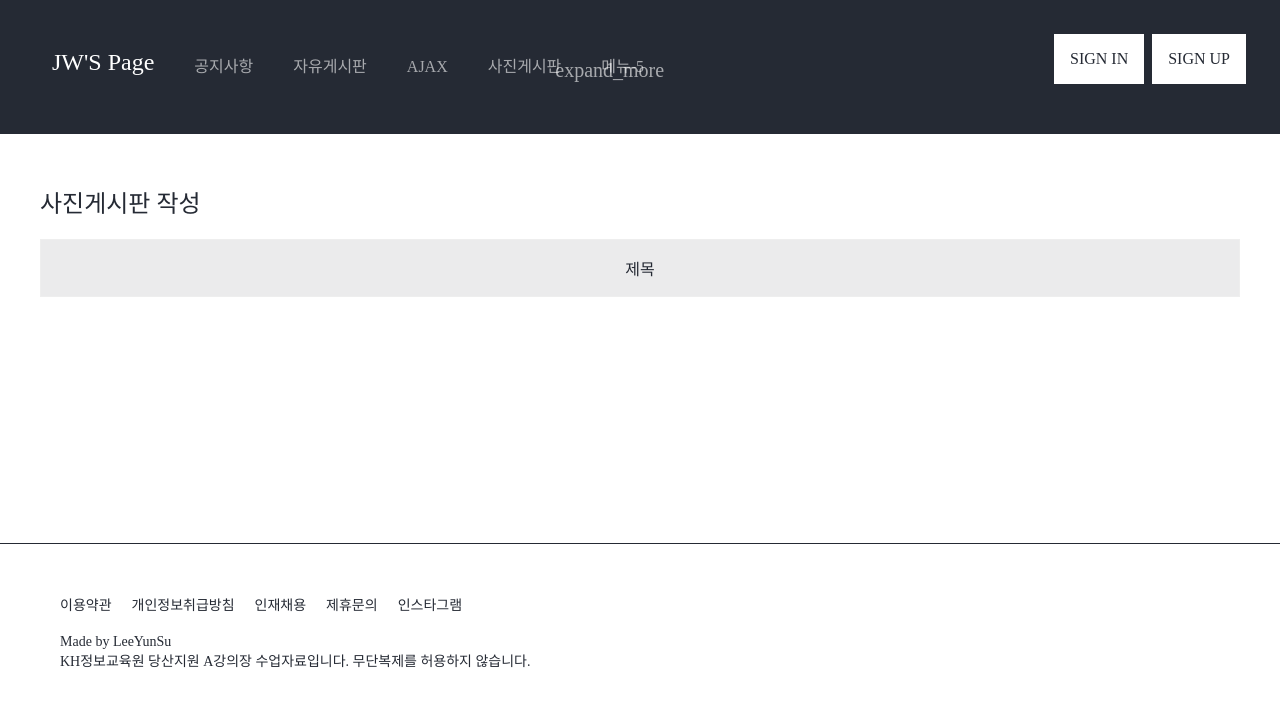
Repository: JWbase/Web_JAVA
Page: http://localhost/07_mvc2WebProject/WEB-INF/views/photo/photoWriteFrm.jsp
These files come from the project's save history. The page is drawn as it stood at one moment and after the next save; the edit follows.
The browser window is 1280 px wide. The pictures show the whole page.
Some web fonts or font styles are not loaded; a fallback is used. The page is served by Tomcat 9. Nobody is signed in. The template is opened directly, without the code that normally fills it, so the values that code supplies are empty.

Above is the page before, as saved 2022-09-06 09:14:50.

After the next save:
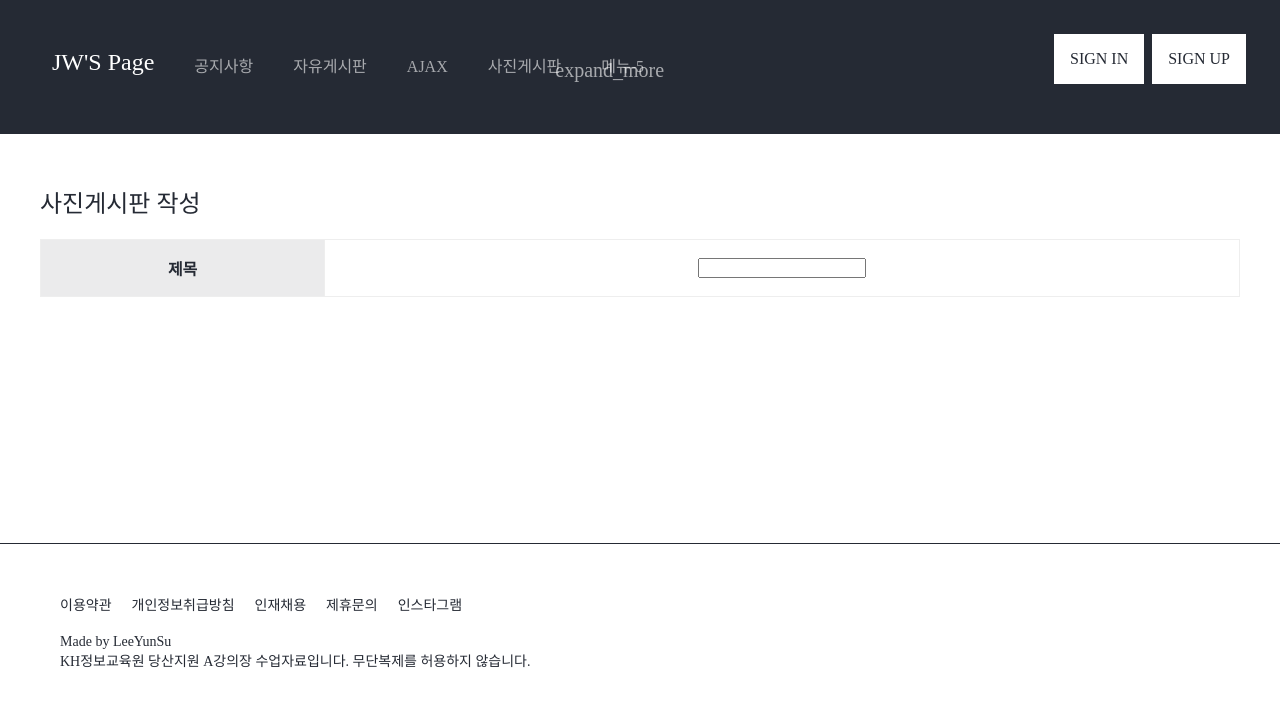
Saved 34 s later.
--- a/07_mvc2WebProject/src/main/webapp/WEB-INF/views/photo/photoWriteFrm.jsp
+++ b/07_mvc2WebProject/src/main/webapp/WEB-INF/views/photo/photoWriteFrm.jsp
@@ -19,7 +19,10 @@
 			enctype="multipart/form-data">
 				<table class="tbl photoWrite">
 					<tr class="tr-1">
-						<td class="td-2">제목</td>
+						<th class="td-2">제목</th>
+						<td colspan="3">
+							<input type="text" name="photoTitle" class="">
+						</td>
 					</tr>
 				</table>
 			</form>
